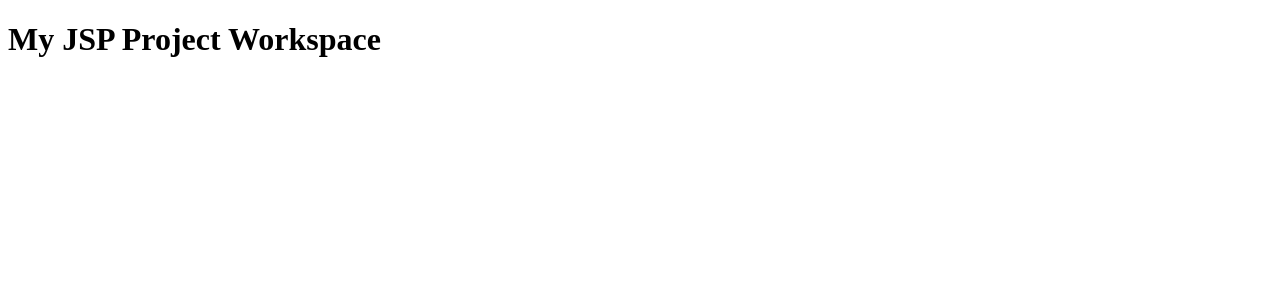
Repository: gajami-kim/240430_JSPJSTL_Study
Page: http://localhost/jsp_study2/
These files come from the project's save history. The page is drawn as it stood at one moment and after the next save; the edit follows.
The browser window is 1280 px wide. The pictures show the whole page.
The page is served by Tomcat 9. Other server files are loaded and not shown.

Above is the page before, as saved 2024-04-16 06:16:10.

### _jsp_workspace2/jsp_study2/src/main/webapp/index.jsp
<%@ page language="java" contentType="text/html; charset=UTF-8"
    pageEncoding="UTF-8"%>
<!DOCTYPE html>
<html>
<head>
<meta charset="UTF-8">
<title>Insert title here</title>
</head>
<body>
	<h1>My JSP Project Workspace</h1>

</body>
</html>

After the next save:
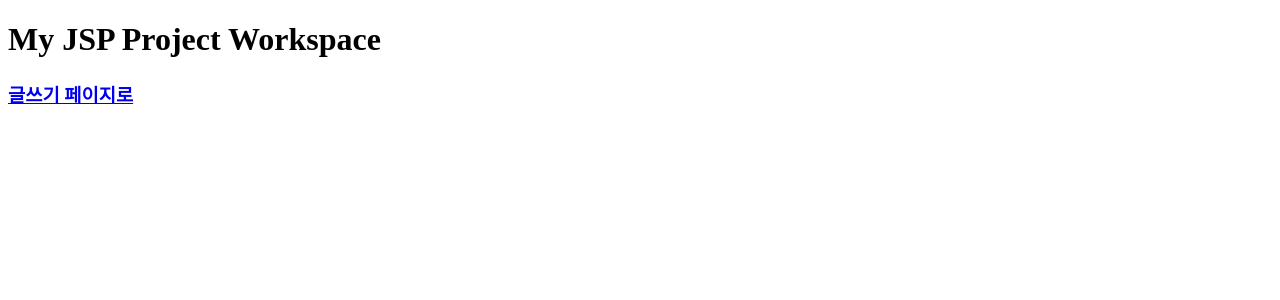
Saved 22 s later.
--- a/_jsp_workspace2/jsp_study2/src/main/webapp/index.jsp
+++ b/_jsp_workspace2/jsp_study2/src/main/webapp/index.jsp
@@ -8,6 +8,6 @@
 </head>
 <body>
 	<h1>My JSP Project Workspace</h1>
-
+	<h3> <a href="/brd/register">글쓰기 페이지로</a> </h3>
 </body>
 </html>
